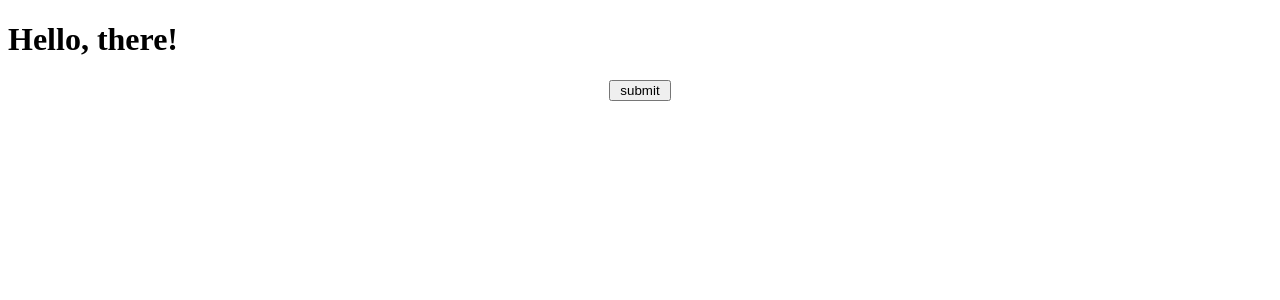
Repository: agarwaljayant7/JavaStuffs
Page: http://localhost/HotelBillingSystem/
These files come from the project's save history. The page is drawn as it stood at one moment and after the next save; the edit follows.
The browser window is 1280 px wide. The pictures show the whole page.
The page is served by Tomcat 9. Other server files are loaded and not shown.

Above is the page before, as saved 2019-12-24 12:57:50.

### BillingSystem/HotelBillingSystem/WebContent/index.jsp
<%@ page language="java" contentType="text/html; charset=UTF-8"
    pageEncoding="UTF-8"%>
<!DOCTYPE html>
<html>
<head>
<meta charset="UTF-8">
<title>Hello World</title>
</head>
<body>
<h1> Hello, there!</h1>

<center>
	<form action="Next.jsp">
	<input type = "submit" value = " submit ">
</form>
</center>

</body>
</html>

After the next save:
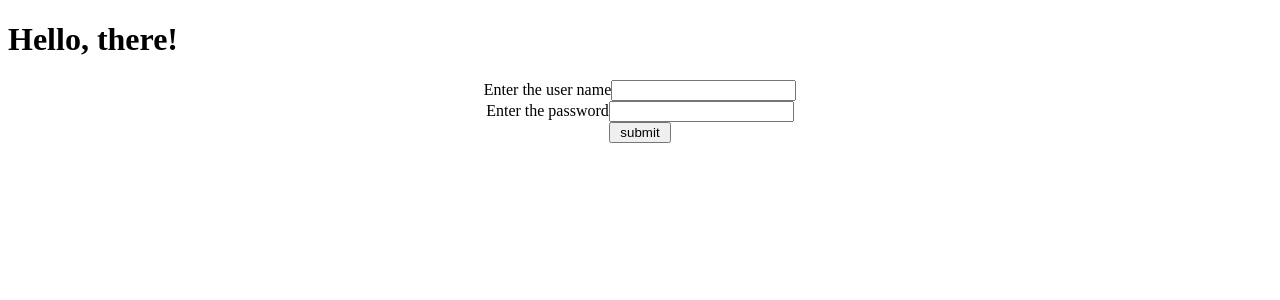
Saved 91 s later.
--- a/BillingSystem/HotelBillingSystem/WebContent/index.jsp
+++ b/BillingSystem/HotelBillingSystem/WebContent/index.jsp
@@ -11,7 +11,9 @@
 
 <center>
 	<form action="Next.jsp">
-	<input type = "submit" value = " submit ">
+	Enter the user name<input type = "text"/><br>
+	Enter the password<input type = "password"/><br>
+	<input type = "submit" value = " submit "/>
 </form>
 </center>
 
